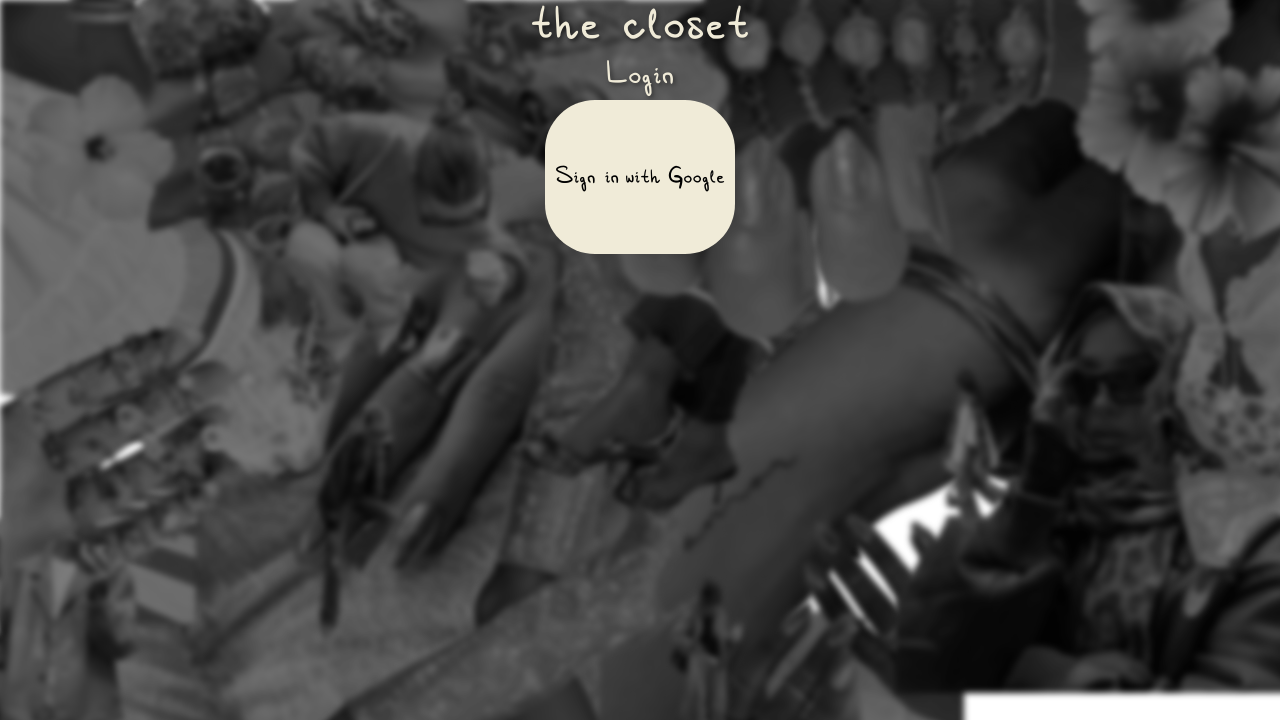
Repository: karla-sikavica/theCloset
Page: / (app in frontend/)
The author's editor kept a copy of each file at every save. The page is drawn from the files as they stood at one save, then again after the next save.
The browser window is 1280 px wide. The pictures show the whole page.
The project was rebuilt for these pictures with package versions that can differ from the ones it lists, and the page was loaded fresh each time. Also part of the build but not shown: frontend/vite.config.ts.

Above is the page before, as saved 2025-03-29 16:55:06.

### frontend/src/index.css
@font-face {
  font-family: 'Kalla';
  src: url('/fonts/Kalla-Regular.ttf') format('truetype');
  font-weight: 400;
  font-style: normal;
}

:root {
  font-family: 'Kalla', 'Times New Roman', Avenir, Helvetica, Arial, sans-serif;
  line-height: 50px;
  font-weight: 400;
  display: block;


  font-synthesis: none;
  text-rendering: optimizeLegibility;
  -webkit-font-smoothing: antialiased;
  -moz-osx-font-smoothing: grayscale;
}

### frontend/src/App.tsx
import { BrowserRouter as Router, Routes, Route } from "react-router-dom";
import "./App.css";
import Login from "./pages/Login";
import Collage from "./components/ui/Collage";

function App() {
  return (
    <Router>
      <Collage />

      <div className="main-content">
        <Routes>
          <Route path="/" element={<Login></Login>} />
          <Route path="/login" element={<Login />} />
        </Routes>
      </div>
    </Router>
  );
}

export default App;

### frontend/src/App.css
#root {
  max-width: 1280px;
  margin: 0 auto;
  padding: 2rem;
  text-align: center;
}

body {
  color:#f0ebd8  ;
  text-shadow: 2px 2px 4px rgba(0, 0, 0, 0.5);
}

body, html, #root {
  margin: 0;
  padding: 0;
  height: 100%;
  width: 100%;
  overflow: hidden;
}

/* Optional: to make sure your app content appears above the collage */
.main-content {
  z-index: 10;

   position: relative;
  /*pointer-events: auto;
  height: 100%; */
}

/*
body::before {
  content: "";
  position: fixed;
  top: 0;
  left: 0;
  width: 100vh;
  height: 100vw;
  background-image: url("/images/download.jpeg");
  background-repeat: no-repeat;
  background-size: cover;
  background-position: center;
  transform: rotate(270deg) translate(-100vh, 0);
  transform-origin: top left;
  z-index: -1;
}

body::after {
  content: "";
  position: fixed;
  top: 0;
  left: 0;
  width: 100vw;
  height: 100vh;
  /* background: rgba(50, 30, 10, 0.6); */
/*   z-index: -1;
 *//* */

### frontend/src/pages/Login.tsx
import GoogleLogin from "../components/ui/GoogleLogin";

function Login() {
  return (
    <div style={{ margin: "auto" }}>
      <h1 style={{ fontSize: 100, margin: 0 }}>the closet</h1>
      <h2 style={{ fontSize: 60, margin: 0 }}>Login</h2>
      <div style={{ textAlign: "center" }}>
        <GoogleLogin></GoogleLogin>
      </div>
    </div>
  );
}

export default Login;

### frontend/src/components/ui/Collage.tsx
import React, { useEffect, useRef } from "react";
import "../css/Collage.css";

/* const imageCount = 32;
 */
type CollageImage = {
  src: string;
  top: string;
  left: string;
  width: string;
  rotate?: string;
  zIndex?: number;
};

const collageConfig: CollageImage[] = [
  {
    src: "/images/photo%20(1).png",
    top: "45%",
    left: "0%",
    width: "250px",
    rotate: "0deg",
    zIndex: 2,
  },
  {
    src: "/images/photo%20(2).png",
    top: "30%",
    left: "25%",
    width: "400px",
    rotate: "0deg",
    zIndex: 1,
  },
  {
    src: "/images/photo%20(3).png",
    top: "18%",
    left: "40%",
    width: "350px",
    rotate: "0deg",
    zIndex: 0,
  },
  {
    src: "/images/photo%20(4).png",
    top: "-5%",
    left: "55%",
    width: "400px",
    rotate: "0deg",
    zIndex: 2,
  },
  {
    src: "/images/photo%20(5).png",
    top: "30%",
    left: "40%",
    width: "260px",
    rotate: "0deg",
    zIndex: 1,
  },
  {
    src: "/images/photo%20(6).png",
    top: "10%",
    left: "18%",
    width: "300px",
    rotate: "0deg",
    zIndex: 4,
  },
  {
    src: "/images/photo%20(7).png",
    top: "38%",
    left: "70%",
    width: "400px",
    rotate: "0deg",
    zIndex: 1,
  },
  {
    src: "/images/photo%20(8).png",
    top: "0%",
    left: "0%",
    width: "350px",
    rotate: "0deg",
    zIndex: 1,
  },
  {
    src: "/images/photo%20(9).png",
    top: "0%",
    left: "35%",
    width: "280px",
    rotate: "-6deg",
    zIndex: 3,
  },
  {
    src: "/images/photo%20(10).png",
    top: "42%",
    left: "20%",
    width: "200px",
    rotate: "15deg",
    zIndex: 1,
  },
  {
    src: "/images/photo%20(11).png",
    top: "-20%",
    left: "70%",
    width: "400px",
    rotate: "0deg",
    zIndex: 0,
  },
  {
    src: "/images/photo%20(12).png",
    top: "-20%",
    left: "10%",
    width: "350px",
    rotate: "-9deg",
    zIndex: 1,
  },
  {
    src: "/images/photo%20(13).png",
    top: "0%",
    left: "6%",
    width: "550px",
    rotate: "0deg",
    zIndex: 0,
  },
  {
    src: "/images/photo%20(14).png",
    top: "50%",
    left: "-5%",
    width: "260px",
    rotate: "0deg",
    zIndex: 0,
  },
  {
    src: "/images/photo%20(15).png",
    top: "45%",
    left: "70%",
    width: "170px",
    rotate: "-8deg",
    zIndex: 1,
  },
  {
    src: "/images/photo%20(16).png",
    top: "3%",
    left: "48%",
    width: "500px",
    rotate: "3deg",
    zIndex: 0,
  },
  {
    src: "/images/photo%20(17).png",
    top: "0%",
    left: "45%",
    width: "380px",
    rotate: "0deg",
    zIndex: 1,
  },
  {
    src: "/images/photo%20(18).png",
    top: "75%",
    left: "-3%",
    width: "200px",
    rotate: "10deg",
    zIndex: 3,
  },
  {
    src: "/images/photo%20(19).png",
    top: "22%",
    left: "86%",
    width: "290px",
    rotate: "0deg",
    zIndex: 2,
  },
  {
    src: "/images/photo%20(30).png",
    top: "-20%",
    left: "80%",
    width: "300px",
    rotate: "-27deg",
    zIndex: 3,
  },
  {
    src: "/images/photo%20(29).png",
    top: "-5%",
    left: "-2%",
    width: "270px",
    rotate: "150deg",
    zIndex: 3,
  },
  {
    src: "/images/photo%20(22).png",
    top: "65%",
    left: "55%",
    width: "260px",
    rotate: "180deg",
    zIndex: 0,
  },
  {
    src: "/images/photo%20(25).png",
    top: "80%",
    left: "52%",
    width: "80px",
    rotate: "0deg",
    zIndex: 2,
  } /*,
  {
    src: "/images/photo%20(24).png",
    top: "15%",
    left: "50%",
    width: "190px",
    rotate: "6deg",
    zIndex: 1,
  },
  {
    src: "/images/photo%20(25).png",
    top: "10%",
    left: "30%",
    width: "160px",
    rotate: "-4deg",
    zIndex: 3,
  },
  {
    src: "/images/photo%20(26).png",
    top: "40%",
    left: "50%",
    width: "170px",
    rotate: "11deg",
    zIndex: 2,
  },
  {
    src: "/images/photo%20(27).png",
    top: "50%",
    left: "75%",
    width: "180px",
    rotate: "-9deg",
    zIndex: 1,
  },
  {
    src: "/images/photo%20(28).png",
    top: "35%",
    left: "10%",
    width: "200px",
    rotate: "4deg",
    zIndex: 2,
  },
  {
    src: "/images/photo%20(29).png",
    top: "25%",
    left: "65%",
    width: "190px",
    rotate: "-5deg",
    zIndex: 3,
  },
  {
    src: "/images/photo%20(30).png",
    top: "70%",
    left: "85%",
    width: "160px",
    rotate: "6deg",
    zIndex: 1,
  },
  {
    src: "/images/photo%20(31).png",
    top: "80%",
    left: "35%",
    width: "170px",
    rotate: "-3deg",
    zIndex: 2,
  },
  {
    src: "/images/photo%20(32).png",
    top: "90%",
    left: "50%",
    width: "180px",
    rotate: "8deg",
    zIndex: 3,
  }, */,
];

const Collage: React.FC = () => {
  return (
    <div className="collage-background">
      {collageConfig.map((img, index) => (
        <img
          key={index}
          src={img.src}
          alt={`collage-img-${index}`}
          className="collage-img"
          style={{
            top: img.top,
            left: img.left,
            width: img.width,
            transform: `rotate(${img.rotate || "0deg"})`,
            zIndex: img.zIndex || 0,
          }}
        />
      ))}
    </div>
  );
};

export default Collage;

/*
const Collage: React.FC = () => {
  const containerRef = useRef<HTMLDivElement>(null);

  useEffect(() => {
    const container = containerRef.current;
    if (!container) return;

    const imgs = container.querySelectorAll("img");
    imgs.forEach((img) => {
      const x = Math.random() * 100;
      const y = Math.random() * 100;
      const rotate = Math.random() * 20 - 10; // rotate between -10 and +10 degrees
      const z = Math.floor(Math.random() * 10); // random z-index

      img.style.top = `${y}vh`;
      img.style.left = `${x}vw`;
      img.style.transform = `rotate(${rotate}deg)`;
      img.style.zIndex = z.toString();
    });
  }, []);

  return (
    <div className="collage-background" ref={containerRef}>
      {[...Array(imageCount)].map((_, index) => (
        <img
          key={index}
          src={`/images/photo%20(${index + 1}).png`}
          alt={`collage-img-${index}`}
          className="collage-img"
        />
      ))}
    </div>
  );
};

export default Collage; */

### frontend/src/components/ui/GoogleLogin.tsx
// src/components/GoogleLogin.js
import { signInWithPopup } from "firebase/auth";
import { auth, googleProvider } from "../../firebase";
import GoogleButton from "./GoogleButton";

function GoogleLogin() {
  const handleGoogleLogin = async () => {
    try {
      const result = await signInWithPopup(auth, googleProvider);
      const user = result.user;

      const token = await user.getIdToken();
      console.log("✅ Google login successful! Token:", token);

      const res = await fetch("http://localhost:8080/users", {
        headers: {
          Authorization: `Bearer ${token}`,
        },
      });

      const data = await res.json();
      console.log("Backend response:", data);
    } catch (error: any) {
      console.error("❌ Google login error:", error.message);
    }
  };

  return (
    <div>
      <GoogleButton onClick={handleGoogleLogin}>
        Sign in with Google
      </GoogleButton>{" "}
    </div>
  );
}

export default GoogleLogin;

### frontend/src/components/css/Collage.css

  .collage-background {
    position: fixed;
    top: 0;
    left: 0;
    width: 100vw;
    height: 100vh;
    overflow: hidden;
    z-index: 0;
    pointer-events: auto;
  }

  .collage-img {
    position: absolute;
    object-fit: contain;
    filter: grayscale(100%) blur(3px) brightness(0.5);
    pointer-events: auto;
    border: none;
  }

  .collage-img:hover {
    filter: grayscale(0%);

/*     border: 3px solid bisque;
 */  }

### frontend/src/firebase.ts
import { initializeApp } from "firebase/app";
import { getAuth, GoogleAuthProvider  } from "firebase/auth";

//import { getAnalytics } from "firebase/auth";

const firebaseConfig = {
  apiKey: "AIzaSyAbHQdx6UcrnGOItmjSgqMahJKQc3tssx8",
  authDomain: "thecloset-7ba5e.firebaseapp.com",
  projectId: "thecloset-7ba5e",
  storageBucket: "thecloset-7ba5e.firebasestorage.app",
  messagingSenderId: "77195632073",
  appId: "1:77195632073:web:69fd94b7e825471e71dc18",
  measurementId: "G-8GEFS4DWQG"
};

// Initialize Firebase
const app = initializeApp(firebaseConfig);
export const auth = getAuth(app);
export const googleProvider = new GoogleAuthProvider();


//const analytics = getAnalytics(app);

### frontend/src/components/ui/GoogleButton.tsx
import styles from "../css/GoogleButton.module.css";

interface Props {
  children: React.ReactNode;
  onClick: () => void;
}

const GoogleButton = ({ onClick, children }: Props) => {
  return (
    <button onClick={onClick} className={styles.googleButton}>
      <h3>{children}</h3>
    </button>
  );
};

export default GoogleButton;

### frontend/src/components/css/GoogleButton.module.css
.googleButton{
    border-radius: 50px;
    padding: 20px 10px;
    background-color: #f0ebd8;
    border: none;
    font-family: 'Kalla', sans-serif;
    font-size: 35px;
    font-weight: 400;

}

.googleButton:hover{
    background-color: #cfcbb9;
}

Loaded but not shown: frontend/index.html (common file); frontend/src/main.tsx (common file)

After the next save:
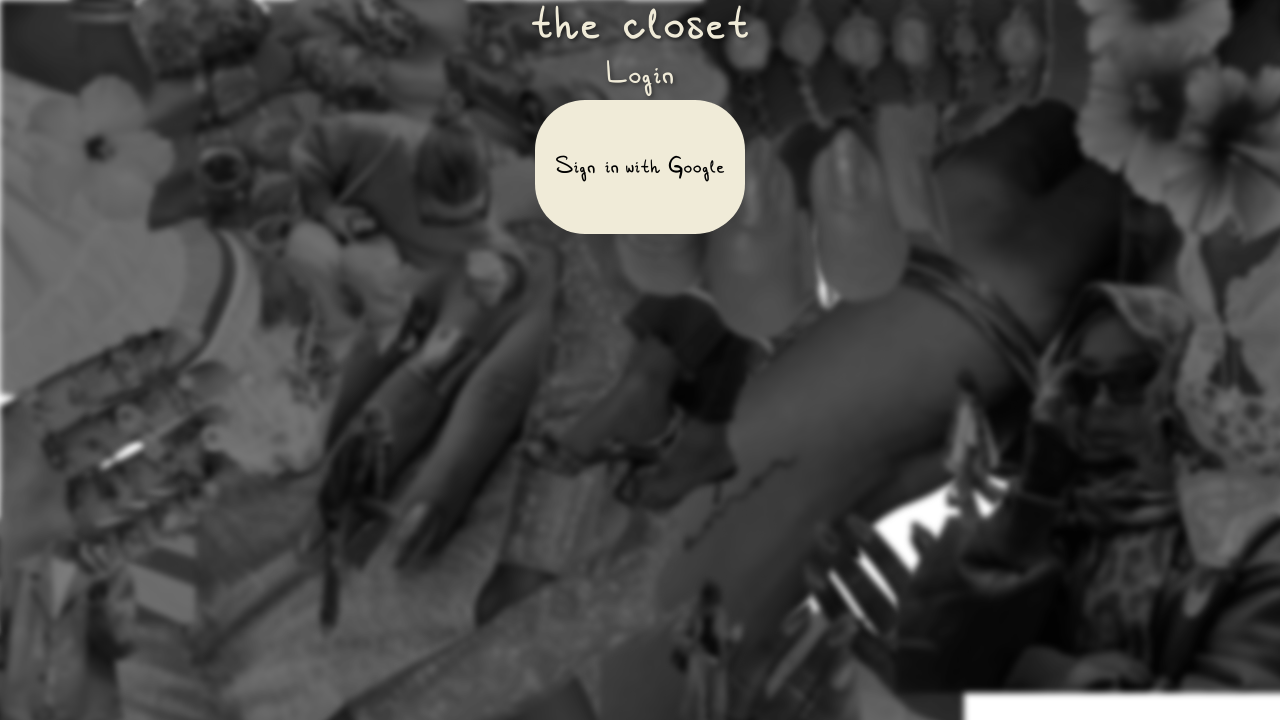
Saved 16 s later.
--- a/frontend/src/components/css/GoogleButton.module.css
+++ b/frontend/src/components/css/GoogleButton.module.css
@@ -1,6 +1,6 @@
 .googleButton{
     border-radius: 50px;
-    padding: 20px 10px;
+    padding: 10px 20px;
     background-color: #f0ebd8;
     border: none;
     font-family: 'Kalla', sans-serif;
